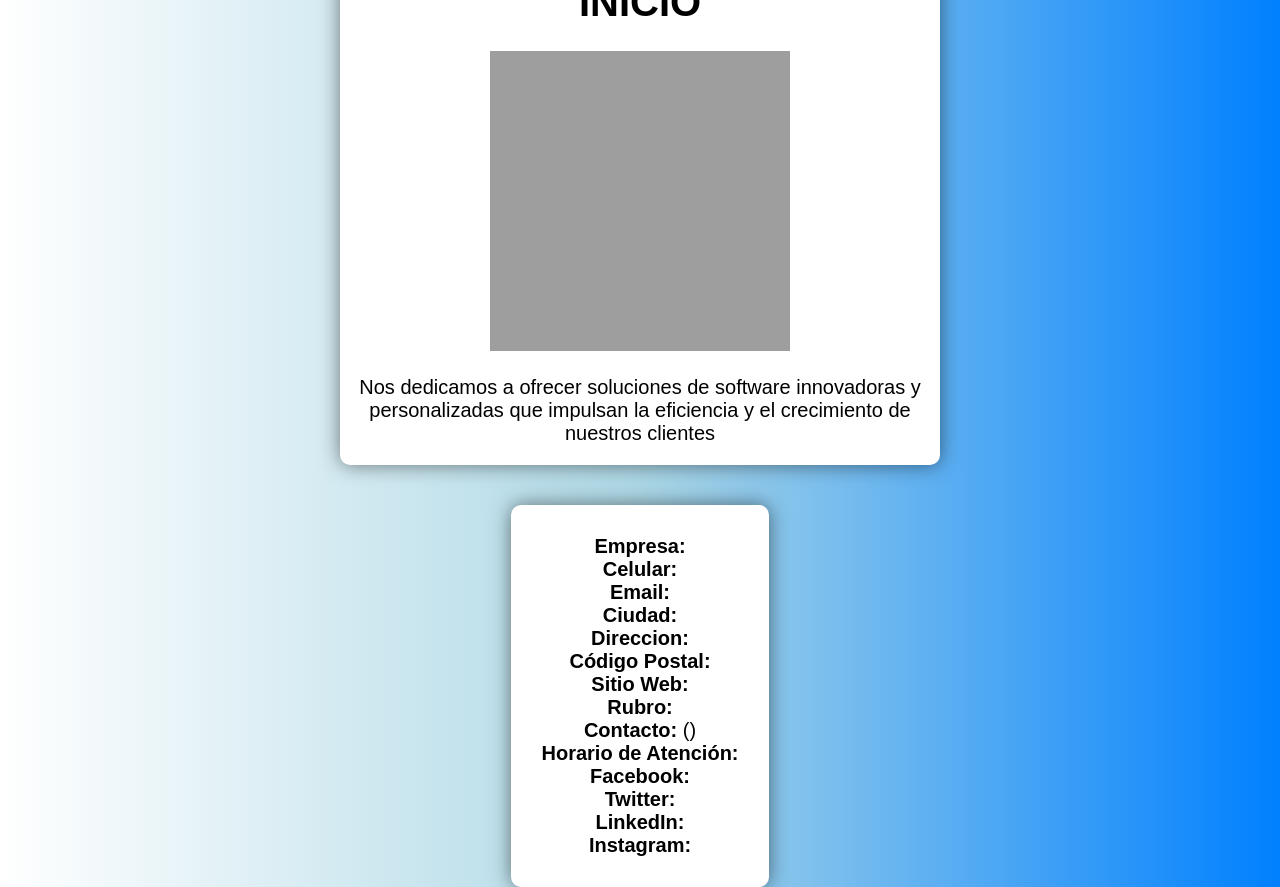
Repository: ANGELEDU141/TAREAWEBEWJASJDASJ
Page: http://localhost/JAVAWEBTAREA/WEB-INF/views/bienvenido.jsp
The author's editor kept a copy of each file at every save. The page is drawn from the files as they stood at one save, then again after the next save.
The browser window is 1280 px wide. The pictures show the whole page.
Pictures or frames that could not be fetched are drawn as grey boxes. The page is served by Tomcat 9. Nobody is signed in. The template is opened directly, without the code that normally fills it, so the values that code supplies are empty.

Above is the page before, as saved 2024-09-01 11:03:29.

After the next save:
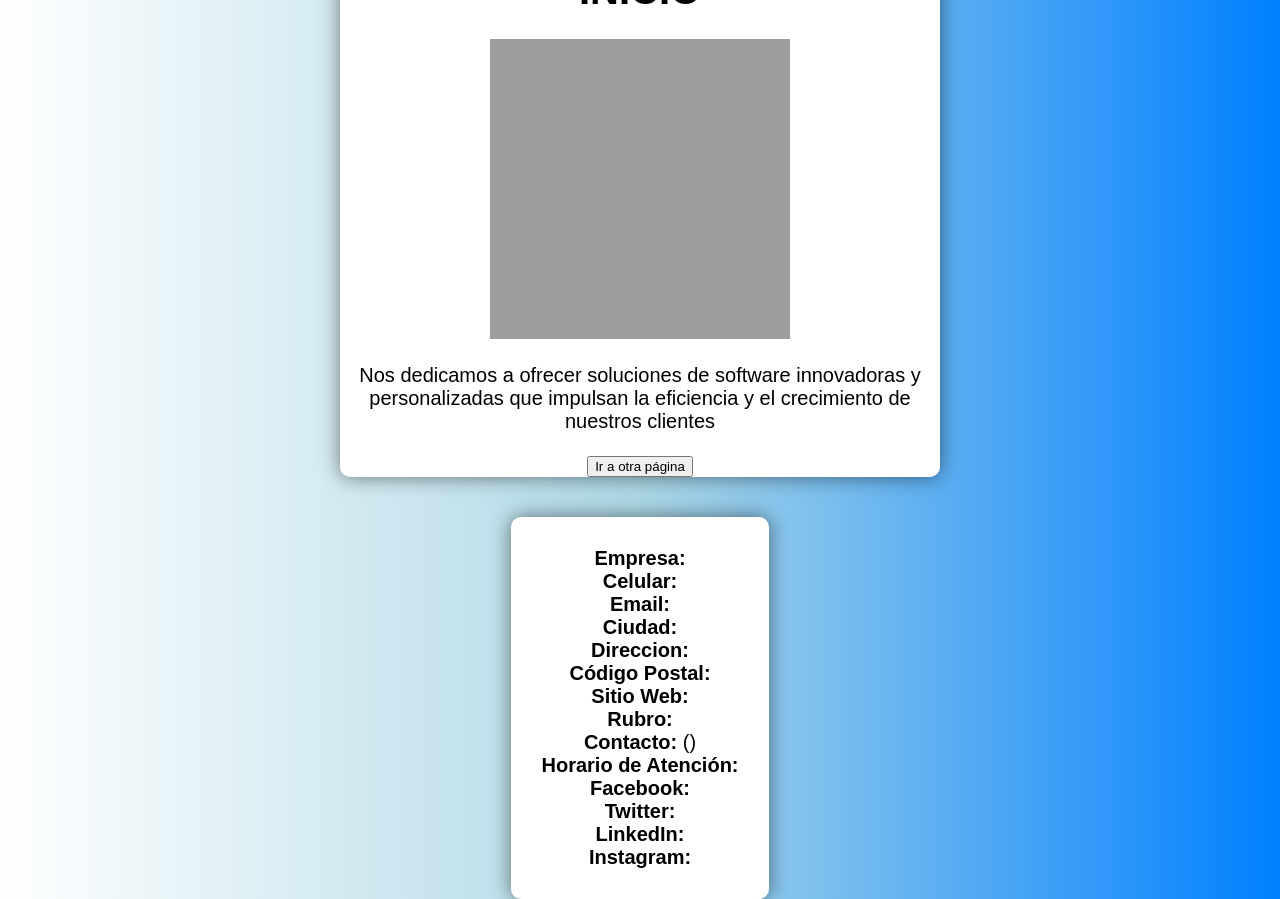
Saved 2 min 39 s later.
--- a/JAVAWEBTAREA/src/main/webapp/WEB-INF/views/bienvenido.jsp
+++ b/JAVAWEBTAREA/src/main/webapp/WEB-INF/views/bienvenido.jsp
@@ -50,6 +50,7 @@
         <h1>INICIO</h1>
         <img  width="300" height="300" src="https://static.vecteezy.com/system/resources/previews/008/214/517/non_2x/abstract-geometric-logo-or-infinity-line-logo-for-your-company-free-vector.jpg">
         <p> Nos dedicamos a ofrecer soluciones de software innovadoras y personalizadas que impulsan la eficiencia y el crecimiento de nuestros clientes </p>
+         <button class="redirect-button" onclick="alert(window.location.href='${pageContext.request.contextPath}/perfil');">Ir a otra página</button>
     </div>
 
     	<div  class="contac">
